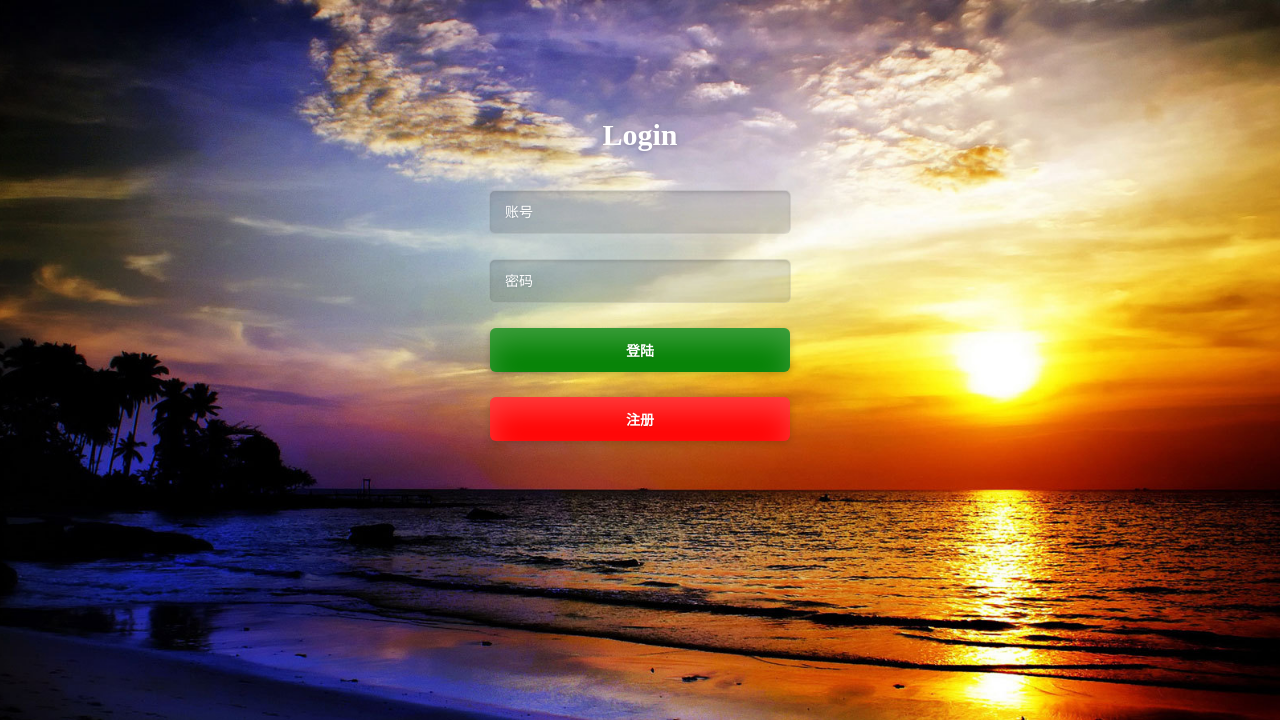
Repository: SUT-GC/myblog
Page: http://localhost/myblog/jsp/login/login.jsp
These files come from the project's save history. The page is drawn as it stood at one moment and after the next save; the edit follows.
The browser window is 1280 px wide. The pictures show the whole page.
Some web libraries are served in a nearby version. The page is served by Tomcat 9. Other server files are loaded and not shown.

Above is the page before, as saved 2015-10-01 09:49:20.
Console error: TypeError: $(...).live is not a function

### javaee_workspace/myblog/WebContent/jsp/login/login.jsp
<%@ page language="java" contentType="text/html; charset=utf-8"
    pageEncoding="utf-8"%>
<!DOCTYPE html PUBLIC "-//W3C//DTD HTML 4.01 Transitional//EN" "http://www.w3.org/TR/html4/loose.dtd">
<html>

    <head>

        <meta charset="utf-8">
        <title>用户登陆</title>
        <meta name="viewport" content="width=device-width, initial-scale=1.0">
        <meta name="description" content="">
        <meta name="author" content="">

        <!-- CSS -->
        <link rel="stylesheet" href="css/reset.css">
        <link rel="stylesheet" href="css/supersized.css">
        <link rel="stylesheet" href="css/style.css">

        <!-- HTML5 shim, for IE6-8 support of HTML5 elements -->
        <!--[if lt IE 9]>
            <script src="http://html5shim.googlecode.com/svn/trunk/html5.js"></script>
        <![endif]-->

    </head>

    <body oncontextmenu="return false">

        <div class="page-container">
            <h1>Login</h1>
            <form action="" method="post">
				<div>
					<input type="text" name="username" class="username" placeholder="账号" autocomplete="off"/>
				</div>
                <div>
					<input type="password" name="password" class="password" placeholder="密码" oncontextmenu="return false" onpaste="return false" />
                </div>
                <button id="submit" type="button">登陆</button>
            	<a href="../registered/registered.jsp"><button id="register" type="button" onclick="toRegister()">注册</button></a>
            </form>
            <div class="connect">
                <p>You cannot improve your past, but you can improve your future. </p>
				<p style="margin-top:20px;">你不能改变你的过去，但你可以让你的未来变得更美好。</p>
            </div>
        </div>
		<div class="alert" style="display:none">
			<h2>消息</h2>
			<div class="alert_con">
				<p id="ts"></p>
				<p style="line-height:70px"><a class="btn">确定</a></p>
			</div>
		</div>

        <!-- Javascript -->
		<script src="http://apps.bdimg.com/libs/jquery/1.6.4/jquery.min.js" type="text/javascript"></script>
        <script src="js/supersized.3.2.7.min.js"></script>
        <script src="js/supersized-init.js"></script>
		<script>
		$(".btn").click(function(){
			is_hide();
		})
		var u = $("input[name=username]");
		var p = $("input[name=password]");
		$("#submit").live('click',function(){
			if(u.val() == '' || p.val() =='')
			{
				$("#ts").jsp("用户名或密码不能为空~");
				is_show();
				return false;
			}
			else{
				var reg = /^[0-9A-Za-z]+$/;
				if(!reg.exec(u.val()))
				{
					$("#ts").jsp("用户名错误");
					is_show();
					return false;
				}
			}
		});
		function toRegister(){
			 window.location.href='../registered/registered.jsp';
		}
		window.onload = function()
		{
			$(".connect p").eq(0).animate({"left":"0%"}, 600);
			$(".connect p").eq(1).animate({"left":"0%"}, 400);
		}
		function is_hide(){ $(".alert").animate({"top":"-40%"}, 300) }
		function is_show(){ $(".alert").show().animate({"top":"45%"}, 300) }
		</script>
    </body>

</html>

### javaee_workspace/myblog/WebContent/jsp/login/css/supersized.css
/*

	Supersized - Fullscreen Slideshow jQuery Plugin
	Version : 3.2.7
	Site	: www.buildinternet.com/project/supersized

	Author	: Sam Dunn
	Company : One Mighty Roar (www.onemightyroar.com)
	License : MIT License / GPL License

*/

* { margin:0; padding:0; }
body { background:#111; height:100%; }
	img { border:none; }

	#supersized-loader { position:absolute; top:50%; left:50%; z-index:0; width:60px; height:60px; margin:-30px 0 0 -30px; text-indent:-999em; background:url(../img/progress.gif) no-repeat center center;}

	#supersized {  display:block; position:fixed; left:0; top:0; overflow:hidden; z-index:-999; height:100%; width:100%; }
		#supersized img { width:auto; height:auto; position:relative; display:none; outline:none; border:none; }
			#supersized.speed img { -ms-interpolation-mode:nearest-neighbor; image-rendering: -moz-crisp-edges; }	/*Speed*/
			#supersized.quality img { -ms-interpolation-mode:bicubic; image-rendering: optimizeQuality; }			/*Quality*/

		#supersized li { display:block; list-style:none; z-index:-30; position:fixed; overflow:hidden; top:0; left:0; width:100%; height:100%; background:#111; }
		#supersized a { width:100%; height:100%; display:block; }
			#supersized li.prevslide { z-index:-20; }
			#supersized li.activeslide { z-index:-10; }
			#supersized li.image-loading { background:#111 url(../img/progress.gif) no-repeat center center; width:100%; height:100%; }
				#supersized li.image-loading img{ visibility:hidden; }
			#supersized li.prevslide img, #supersized li.activeslide img{ display:inline; }


#supersized img { max-width: none !important }

### javaee_workspace/myblog/WebContent/jsp/login/css/style.css
/*
 *
 * Template Name: Fullscreen Login
 * Description: Login Template with Fullscreen Background Slideshow
 * Author: Anli Zaimi
 * Author URI: http://azmind.com
 *
 */


body {
    background: #f8f8f8;
    /*font-family: 'PT Sans', Helvetica, Arial, sans-serif;*/
	font-family:"Microsoft YaHei",微软雅黑,"Microsoft JhengHei",华文细黑,STHeiti,MingLiu;
    text-align: center;
    color: #fff;
}

.page-container {
    margin: 120px auto 0 auto;
}

h1 {
    font-size: 30px;
    font-weight: 700;
    text-shadow: 0 1px 4px rgba(0,0,0,.2);
}

form {
    position: relative;
    width: 305px;
    margin: 15px auto 0 auto;
    text-align: center;
}

input {
    width: 270px;
    height: 42px;
	line-height:42px;
    margin-top: 25px;
    padding: 0 15px;
    background: #2d2d2d; /* browsers that don't support rgba */
    *background-color:transparent;
    background: rgba(45,45,45,.15);
    -moz-border-radius: 6px;
    -webkit-border-radius: 6px;
    border-radius: 6px;
    border: 1px solid #3d3d3d; /* browsers that don't support rgba */
    border: 1px solid rgba(255,255,255,.15);
    -moz-box-shadow: 0 2px 3px 0 rgba(0,0,0,.1) inset;
    -webkit-box-shadow: 0 2px 3px 0 rgba(0,0,0,.1) inset;
    box-shadow: 0 2px 3px 0 rgba(0,0,0,.1) inset;
    font-family: 'PT Sans', Helvetica, Arial, sans-serif;
    font-size: 14px;
    color: #fff;
    text-shadow: 0 1px 2px rgba(0,0,0,.1);
    -o-transition: all .2s;
    -moz-transition: all .2s;
    -webkit-transition: all .2s;
    -ms-transition: all .2s;
}

input:-moz-placeholder { color: #fff; }
input:-ms-input-placeholder { color: #fff; }
input::-webkit-input-placeholder { color: #fff; }

input:focus {
    outline: none;
    -moz-box-shadow:
        0 2px 3px 0 rgba(0,0,0,.1) inset,
        0 2px 7px 0 rgba(0,0,0,.2);
    -webkit-box-shadow:
        0 2px 3px 0 rgba(0,0,0,.1) inset,
        0 2px 7px 0 rgba(0,0,0,.2);
    box-shadow:
        0 2px 3px 0 rgba(0,0,0,.1) inset,
        0 2px 7px 0 rgba(0,0,0,.2);
}

#submit {
    cursor: pointer;
    width: 300px;
    height: 44px;
    margin-top: 25px;
    padding: 0;
    background: green;
    -moz-border-radius: 6px;
    -webkit-border-radius: 6px;
    border-radius: 6px;
    border: 0px;
    -moz-box-shadow:
        0 15px 30px 0 rgba(255,255,255,.25) inset,
        0 2px 7px 0 rgba(0,0,0,.2);
    -webkit-box-shadow:
        0 15px 30px 0 rgba(255,255,255,.25) inset,
        0 2px 7px 0 rgba(0,0,0,.2);
    box-shadow:
        0 15px 30px 0 rgba(255,255,255,.25) inset,
        0 2px 7px 0 rgba(0,0,0,.2);
    font-family: 'PT Sans', Helvetica, Arial, sans-serif;
    font-size: 14px;
    font-weight: 700;
    color: #fff;
    text-shadow: 0 1px 2px rgba(0,0,0,.1);
    -o-transition: all .2s;
    -moz-transition: all .2s;
    -webkit-transition: all .2s;
    -ms-transition: all .2s;
}
#register {
    cursor: pointer;
    width: 300px;
    height: 44px;
    margin-top: 25px;
    padding: 0;
    background: red;
    -moz-border-radius: 6px;
    -webkit-border-radius: 6px;
    border-radius: 6px;
    border: 0px;
    -moz-box-shadow:
        0 15px 30px 0 rgba(255,255,255,.25) inset,
        0 2px 7px 0 rgba(0,0,0,.2);
    -webkit-box-shadow:
        0 15px 30px 0 rgba(255,255,255,.25) inset,
        0 2px 7px 0 rgba(0,0,0,.2);
    box-shadow:
        0 15px 30px 0 rgba(255,255,255,.25) inset,
        0 2px 7px 0 rgba(0,0,0,.2);
    font-family: 'PT Sans', Helvetica, Arial, sans-serif;
    font-size: 14px;
    font-weight: 700;
    color: #fff;
    text-shadow: 0 1px 2px rgba(0,0,0,.1);
    -o-transition: all .2s;
    -moz-transition: all .2s;
    -webkit-transition: all .2s;
    -ms-transition: all .2s;
}

button:hover {
    -moz-box-shadow:
        0 15px 30px 0 rgba(255,255,255,.15) inset,
        0 2px 7px 0 rgba(0,0,0,.2);
    -webkit-box-shadow:
        0 15px 30px 0 rgba(255,255,255,.15) inset,
        0 2px 7px 0 rgba(0,0,0,.2);
    box-shadow:
        0 15px 30px 0 rgba(255,255,255,.15) inset,
        0 2px 7px 0 rgba(0,0,0,.2);
}

button:active {
    -moz-box-shadow:
        0 15px 30px 0 rgba(255,255,255,.15) inset,
        0 2px 7px 0 rgba(0,0,0,.2);
    -webkit-box-shadow:
        0 15px 30px 0 rgba(255,255,255,.15) inset,
        0 2px 7px 0 rgba(0,0,0,.2);
    box-shadow:
        0 5px 8px 0 rgba(0,0,0,.1) inset,
        0 1px 4px 0 rgba(0,0,0,.1);

    border: 0px solid #ef4300;
}

.connect {
    width: 800px;
    margin: 50px auto 0 auto;
    font-size: 14px;

    text-shadow: 0 1px 3px rgba(0,0,0,.2);
}
.connect p{
    position:relative;
	left:-140%;
	top:0
}
.connect a {
    display: inline-block;
    width: 32px;
    height: 35px;
    margin-top: 15px;
    -o-transition: all .2s;
    -moz-transition: all .2s;
    -webkit-transition: all .2s;
    -ms-transition: all .2s;
}
.alert{
	width:310px;
	height:200px;
	background:#000;
	position:absolute;
	top:-40%;
	left:50%;
	margin: -101px 0 0 -151px;
}
.alert h2{
	height:40px;
	padding-left:8px;
	font-size:14px;
	background:#FF0543;
	text-align:left;
	line-height:40px;
}
.alert .alert_con{
	background:#fff;
	height:160px;
}
.alert .alert_con p{
	color:#000;
	line-height:90px;
}
.alert .alert_con .btn{
	padding:3px 10px;
	color:#fff;
	cursor:pointer;
	background:#72D1FF;
	border:1px solid #72D1FF;
	border-radius:4px;
}
.alert .alert_con .btn:hover{
	background:#4FB2EF;
	border:1px solid #4FB2EF;
	border-radius:4px;
}
/*
.connect a.facebook { background: url(../img/facebook.png) center center no-repeat; }
.connect a.twitter { background: url(../img/twitter.png) center center no-repeat; }

.connect a:hover { background-position: center bottom; }
*/

### javaee_workspace/myblog/WebContent/jsp/login/js/supersized-init.js
jQuery(function($){

    $.supersized({

        // Functionality
        slide_interval     : 6000,    // Length between transitions
        transition         : 1,    // 0-None, 1-Fade, 2-Slide Top, 3-Slide Right, 4-Slide Bottom, 5-Slide Left, 6-Carousel Right, 7-Carousel Left
        transition_speed   : 3000,    // Speed of transition
        performance        : 1,    // 0-Normal, 1-Hybrid speed/quality, 2-Optimizes image quality, 3-Optimizes transition speed // (Only works for Firefox/IE, not Webkit)

        // Size & Position
        min_width          : 0,    // Min width allowed (in pixels)
        min_height         : 0,    // Min height allowed (in pixels)
        vertical_center    : 1,    // Vertically center background
        horizontal_center  : 1,    // Horizontally center background
        fit_always         : 0,    // Image will never exceed browser width or height (Ignores min. dimensions)
        fit_portrait       : 1,    // Portrait images will not exceed browser height
        fit_landscape      : 0,    // Landscape images will not exceed browser width

        // Components
        slide_links        : 'blank',    // Individual links for each slide (Options: false, 'num', 'name', 'blank')
        slides             : [    // Slideshow Images
                                 {image : './img/1.jpg'},
                                 {image : './img/2.jpg'},
                                 {image : './img/3.jpg'}
                             ]

    });

});

Loaded but not shown: javaee_workspace/myblog/WebContent/jsp/login/css/reset.css (common file); javaee_workspace/myblog/WebContent/jsp/login/js/supersized.3.2.7.min.js (library)

After the next save:
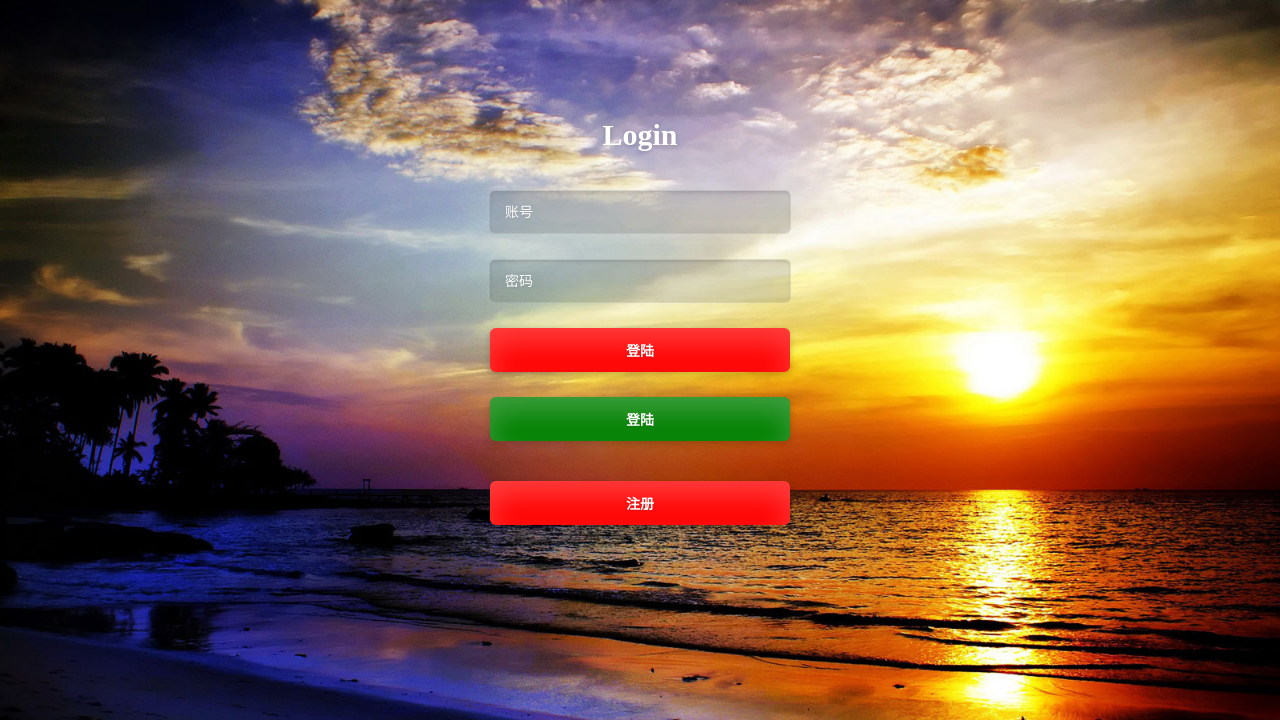
Saved 35 s later.
--- a/javaee_workspace/myblog/WebContent/jsp/login/login.jsp
+++ b/javaee_workspace/myblog/WebContent/jsp/login/login.jsp
@@ -34,8 +34,12 @@
                 <div>
 					<input type="password" name="password" class="password" placeholder="密码" oncontextmenu="return false" onpaste="return false" />
                 </div>
+                <button id="register" type="button" onclick="toRegister()">登陆</button>
                 <button id="submit" type="button">登陆</button>
-            	<a href="../registered/registered.jsp"><button id="register" type="button" onclick="toRegister()">注册</button></a>
+
+            </form>
+            <form action="../registered/registered.jsp" method="post">
+            	<button id="register" type="button" onclick="toRegister()">注册</button>
             </form>
             <div class="connect">
                 <p>You cannot improve your past, but you can improve your future. </p>
